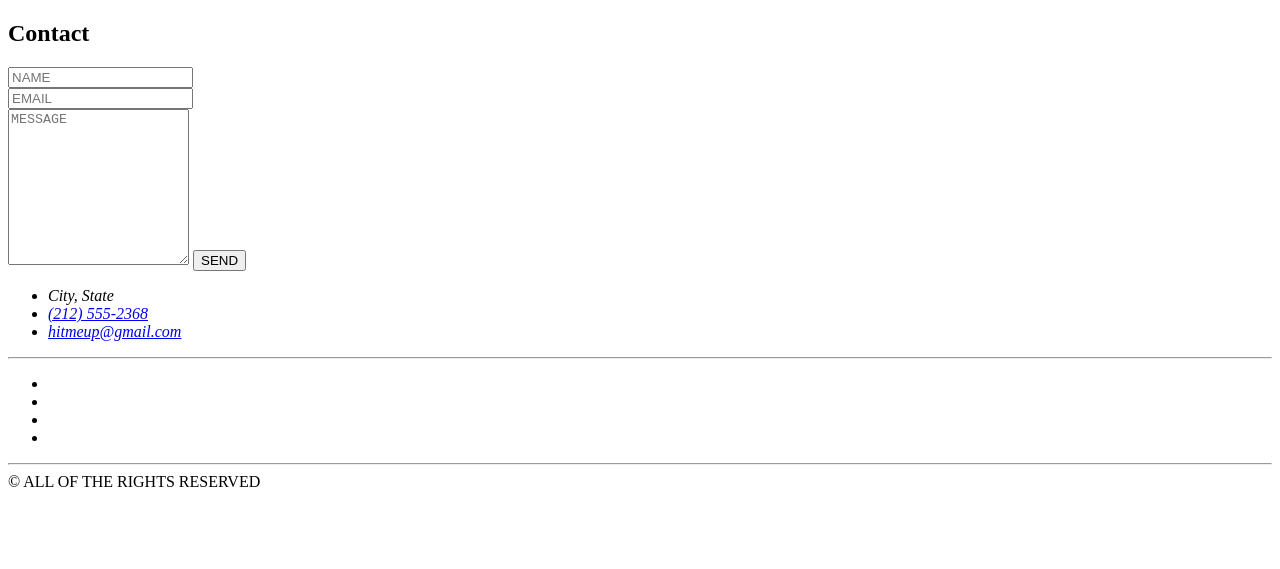
Repository: 365dayschallenge/interface_uniliver
Page: contact.html
The author's editor kept a copy of each file at every save. The page is drawn from the files as they stood at one save, then again after the next save.
The browser window is 1280 px wide. The pictures show the whole page.

Above is the page before, as saved 2022-12-18 18:13:29.

After the next save:
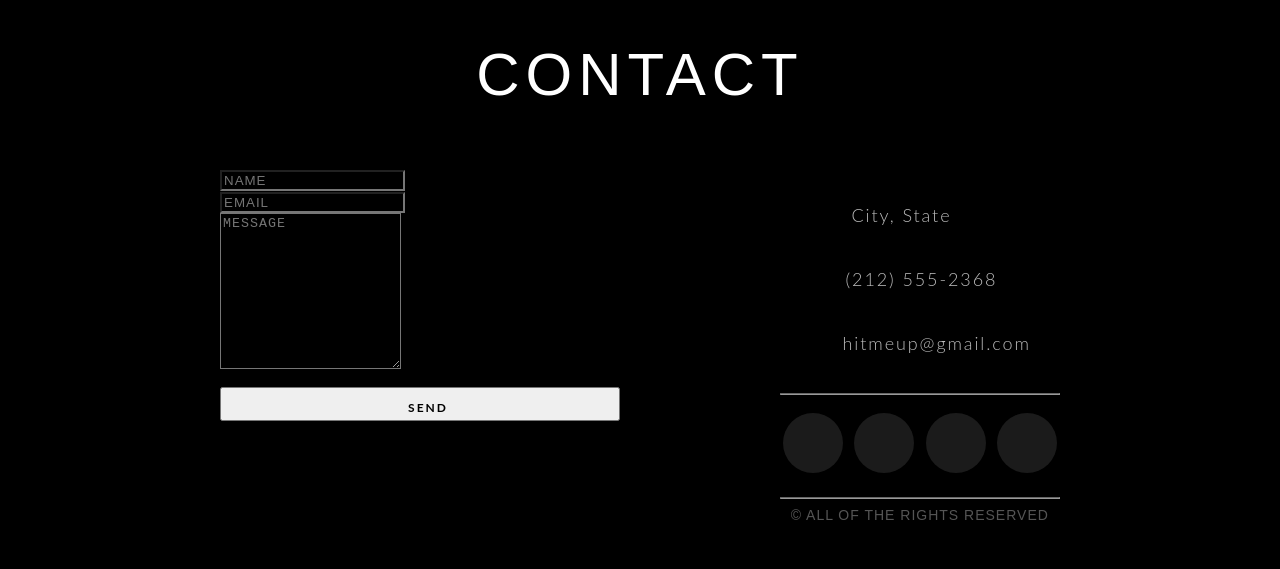
Saved 54 s later.
--- a/contact.html
+++ b/contact.html
@@ -4,7 +4,8 @@
     <meta charset="UTF-8">
     <meta http-equiv="X-UA-Compatible" content="IE=edge">
     <meta name="viewport" content="width=device-width, initial-scale=1.0">
-    <title>Document</title>
+    <title>Contact</title>
+    <link rel="stylesheet" href="./css/contact.css">
 </head>
 <body>
   <section id="contact">

After the save that followed:
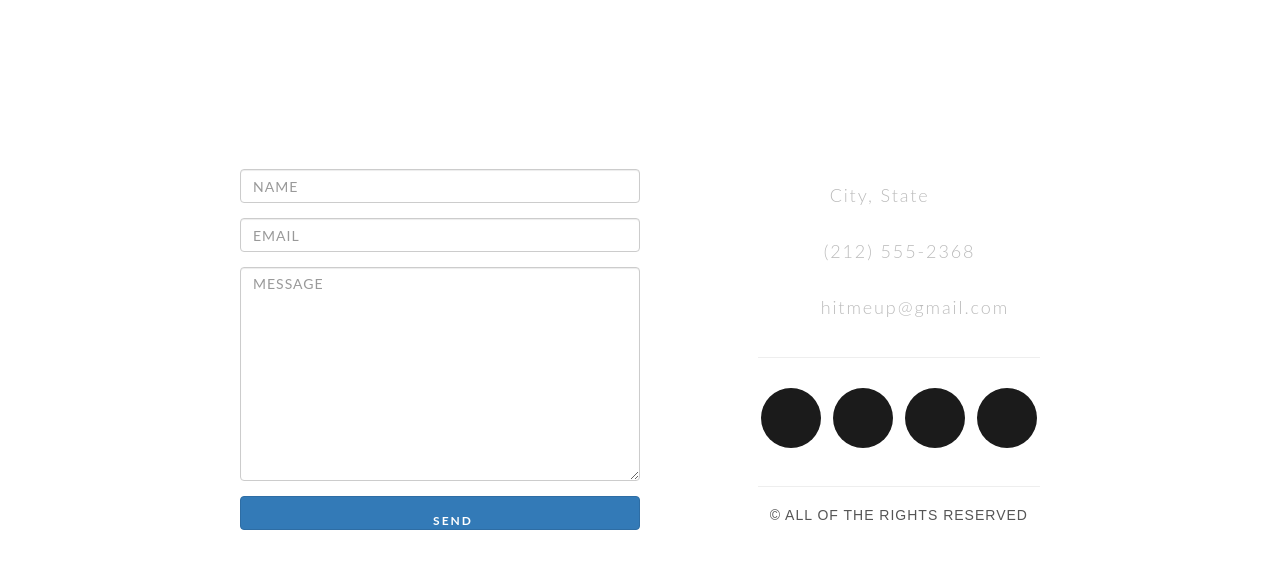
Saved 22 s later.
--- a/contact.html
+++ b/contact.html
@@ -6,6 +6,7 @@
     <meta name="viewport" content="width=device-width, initial-scale=1.0">
     <title>Contact</title>
     <link rel="stylesheet" href="./css/contact.css">
+    <link rel="stylesheet" href="//maxcdn.bootstrapcdn.com/bootstrap/3.3.5/css/bootstrap.min.css">
 </head>
 <body>
   <section id="contact">
